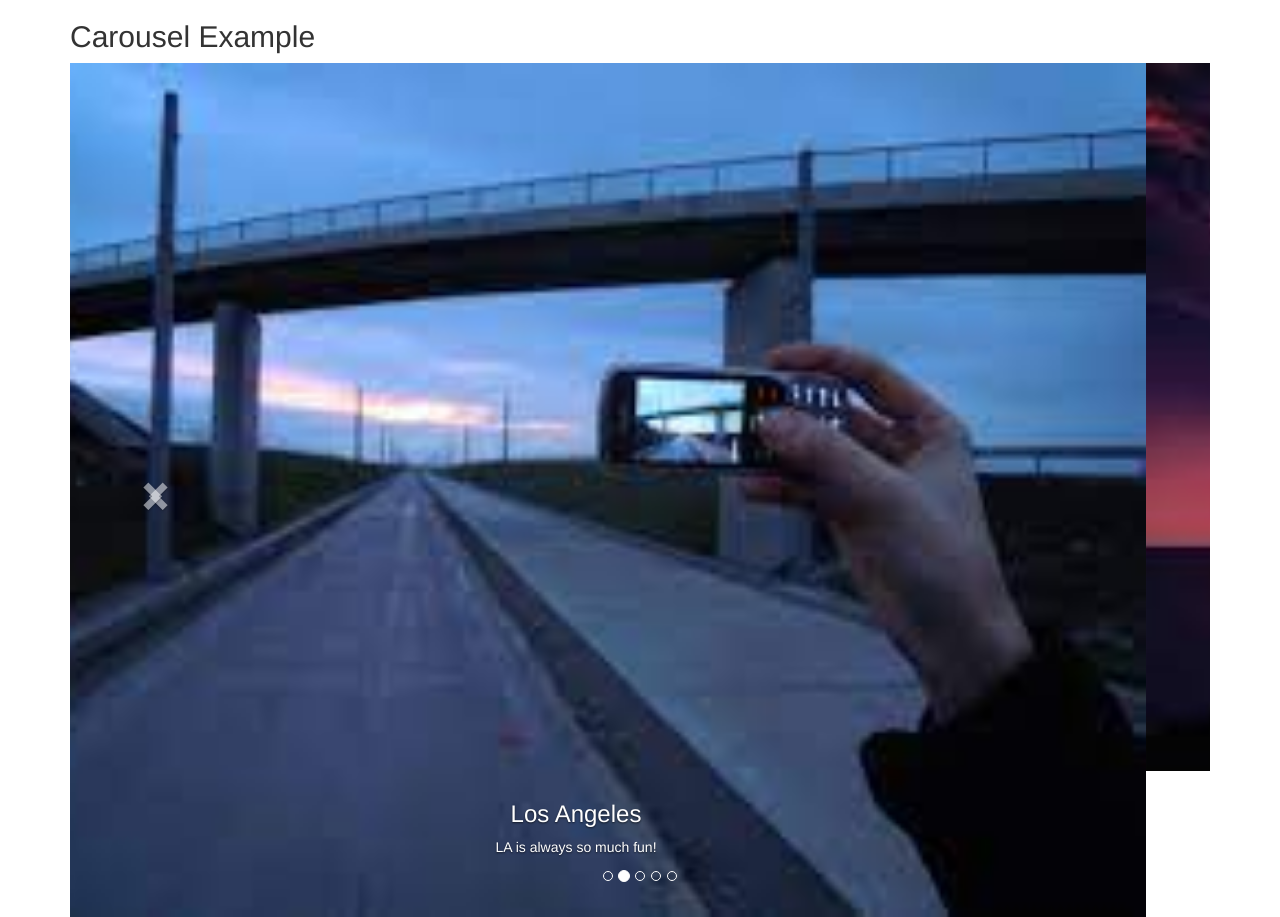
Repository: acciojob/bootstrap-carousel-vandanayadav15
Page: main.html
These files come from the project's save history. The page is drawn as it stood at one moment and after a run of saves; the edit follows.
The browser window is 1280 px wide. The pictures show the whole page.

Above is the page before, as saved 2022-10-28 15:39:32.

After the next 2 saves:
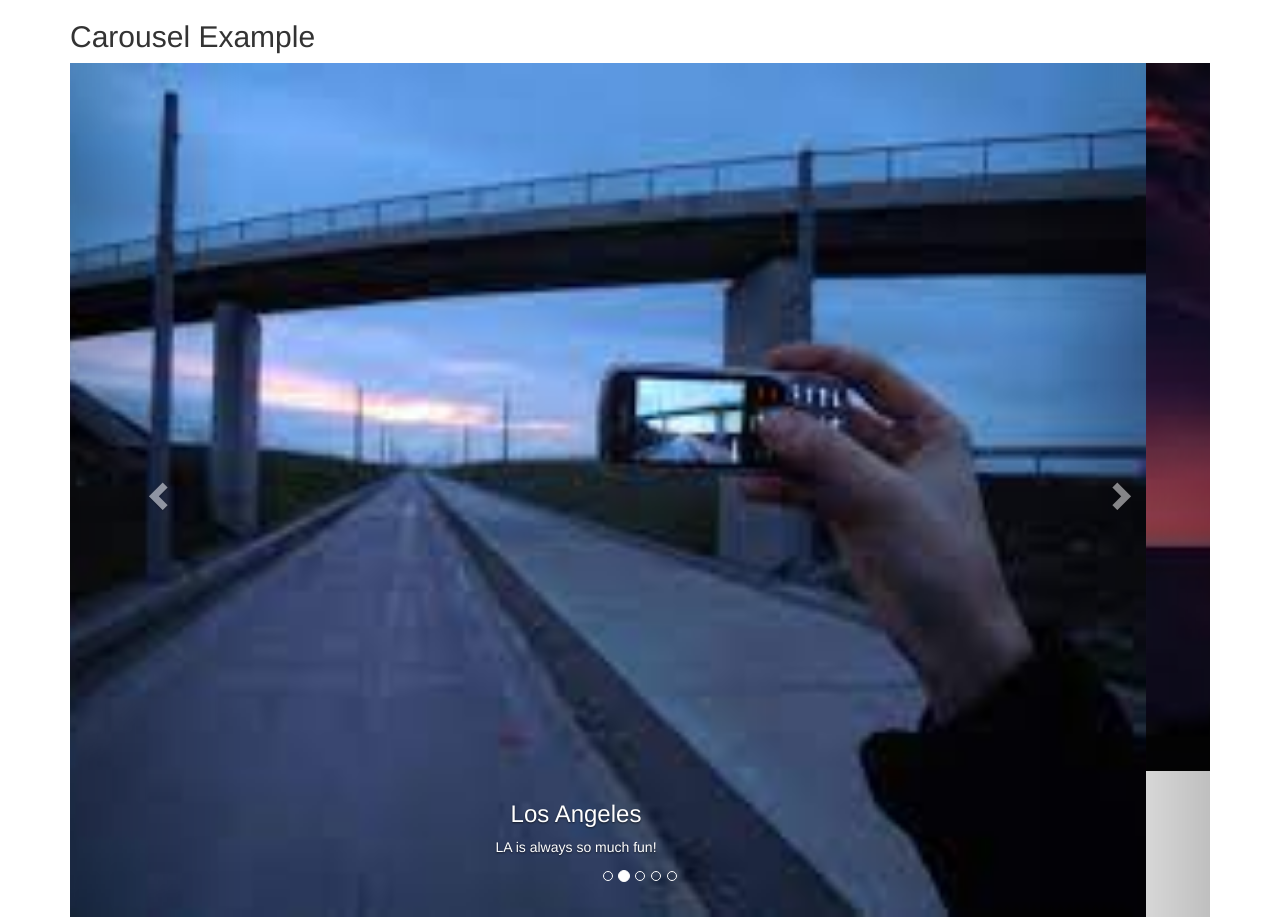
The 2 saves are shown as one change because they came seconds apart.
The last was saved 51 s later.
--- a/main.html
+++ b/main.html
@@ -75,11 +75,11 @@
 			</div>
 
 			<!-- Left and right controls -->
-			<a class=".left carousel-control" href="#myCarousel" data-slide="prev">
+			<a class="left carousel-control" href="#myCarousel" data-slide="prev">
 				<span class="glyphicon glyphicon-chevron-left"></span>
 				<span class="sr-only">Previous</span>
 			</a>
-			<a class=".right carousel-control" href="#myCarousel" data-slide="next">
+			<a class="right carousel-control" href="#myCarousel" data-slide="next">
 				<span class="glyphicon glyphicon-chevron-right"></span>
 				<span class="sr-only">Next</span>
 			</a>
